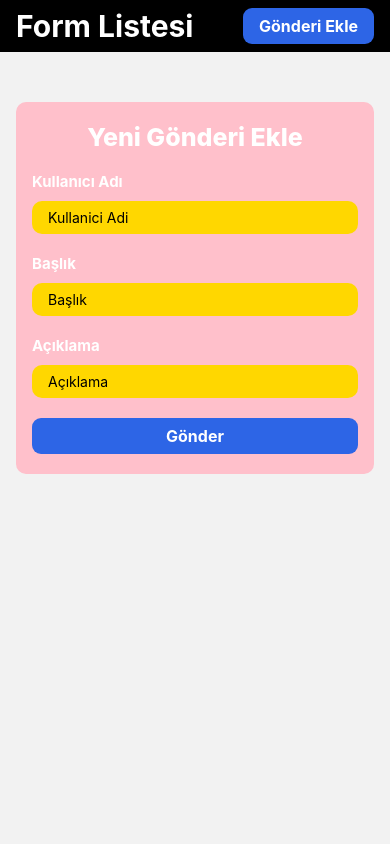
Repository: Kubraaygun/FirebaseRN
Screen: /
The author's editor kept a copy of each file at every save. The screen is drawn from the files as they stood at one save, then again after the next save.
The app was drawn by React Native's web renderer in a window 390 px wide. The project was rebuilt for these pictures with package versions that can differ from the ones it lists, and the page was loaded fresh each time. Also part of the build but not shown: src/screens/ListPost/ListPostView.jsx, src/screens/ListPost/ListPostController.jsx.

Above is the screen before, as saved 2025-01-20 20:51:22.

After the next save:
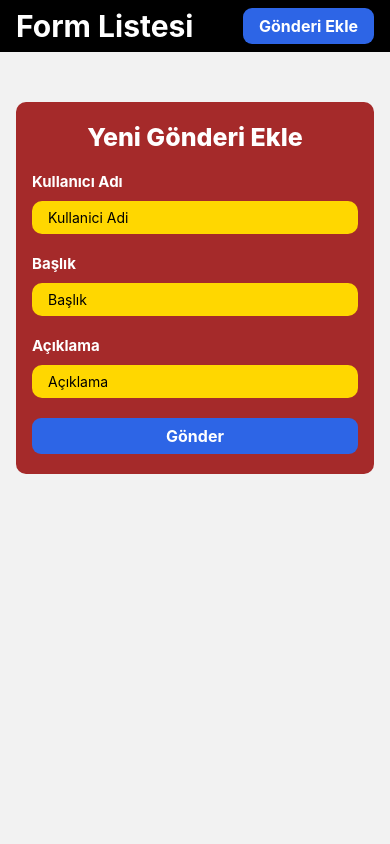
Saved 4 s later.
--- a/src/screens/AddPost/AddPostView.jsx
+++ b/src/screens/AddPost/AddPostView.jsx
@@ -42,7 +42,7 @@ export default AddPostView;
 
 const styles = StyleSheet.create({
   form: {
-    backgroundColor: 'pink',
+    backgroundColor: 'brown',
     marginVertical: 50,
     marginHorizontal: 16,
     paddingHorizontal: 16,
